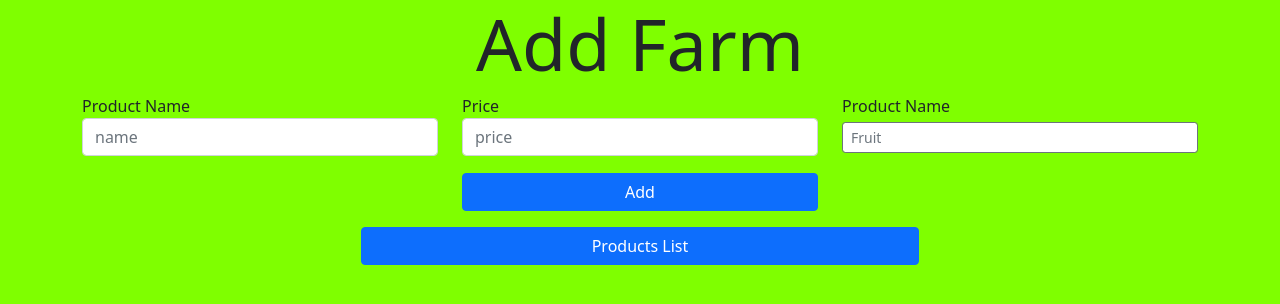
Repository: uditjain100/JavaScript-for-Web
Page: http://localhost/farm/add
These files come from the project's save history. The page is drawn as it stood at one moment and after the next save; the edit follows.
The browser window is 1280 px wide. The pictures show the whole page.
The page is served by the project's Node server (23.DBrelationship_and_Express/index.js). Other server files are loaded and not shown.

Above is the page before, as saved 2021-02-07 21:16:14.

### 23.DBrelationship_and_Express/views/farms/add.ejs
<!DOCTYPE html>
<html lang="en">
  <head>
    <meta charset="UTF-8" />
    <meta name="viewport" content="width=device-width, initial-scale=1.0" />
    <title>Add Farm</title>
    <link
      href="https://cdn.jsdelivr.net/npm/bootstrap@5.0.0-beta1/dist/css/bootstrap.min.css"
      rel="stylesheet"
      integrity="sha384-giJF6kkoqNQ00vy+HMDP7azOuL0xtbfIcaT9wjKHr8RbDVddVHyTfAAsrekwKmP1"
      crossorigin="anonymous"
    />
  </head>
  <body style="background-color: chartreuse">
    <div class="container">
      <h2 class="display-2 d-grid col-5 mx-auto" style="text-align: center">
        Add Farm
      </h2>
      <form action="/products" method="POST">
        <div class="row">
          <div class="form-group col-4">
            <label for="name">Product Name</label>
            <input
              type="text"
              id="name"
              class="form-control"
              placeholder="name"
              name="name"
            />
          </div>
          <div class="form-group col-4">
            <label for="price">Price</label>
            <input
              type="number"
              id="price"
              placeholder="price"
              class="form-control"
              name="price"
            />
          </div>
          <div class="form-group col-4">
            <label for="name">Product Name</label>
            <select
              class="form-control btn-sm btn-outline-secondary mt-1 mb-1"
              name="category"
              id="category"
            >
              <option value="fruit">Fruit</option>
              <option value="vegetable">Vegetable</option>
              <option value="dairy">Dairy</option>
              <option value="other">Other</option>
            </select>
          </div>
          <div class="d-grid col-4 mx-auto mt-3">
            <button type="submit" class="btn btn-primary">Add</button>
          </div>
        </div>
      </form>
      <div class="d-grid col-6 mx-auto mt-3">
        <a href="/products" class="btn btn-primary">Products List</a>
      </div>
    </div>
  </body>
</html>

### 23.DBrelationship_and_Express/index.js
const express = require("express");
const app = express();
const path = require("path");
const methodoverride = require("method-override");
const mongoose = require("mongoose");

const Product = require("./models/product");
const Farm = require("./models/farm");

app.set("views", path.join(__dirname, "views"));
app.set("view-engine", "ejs");

app.use(express.urlencoded({ extended: true }));
app.use(methodoverride("_method"));

const categories = ["fruit", "vegetable", "dairy", "other"];

mongoose
  .connect("mongodb://localhost:27017/relationApp", {
    useNewUrlParser: true,
    useUnifiedTopology: true,
  })
  .then(() => {
    console.log("Mongo Connected Successfully");
  })
  .catch((error) => {
    console.log("Mongo Error !! ");
    console.log(error);
  });

app.get("/farms", async (req, res) => {
  const farms = await Farm.find({});
  res.render("./farms/farms.ejs", { farms });
});

app.get("/farm/add", async (req, res) => {
  res.render("./farms/add.ejs");
});

app.get("/products/:id", async (req, res) => {
  const { id } = req.params;
  const pdt = await Product.findById(id);
  res.render("./products/details.ejs", { pdt });
});

app.get("/product/add", (req, res) => {
  res.render("./products/add.ejs");
});

app.post("/products", async (req, res) => {
  const { name, price, category } = req.body;
  const p = new Product({
    name: name,
    price: price,
    category: ("" + category).toLowerCase(),
  });
  await p.save();
  res.redirect("/products");
});

app.get("/products/:id/update", async (req, res) => {
  const { id } = req.params;
  const pdt = await Product.findById(id);
  res.render("./products/update.ejs", { pdt, categories });
});

app.patch("/products/:id", async (req, res) => {
  const { id } = req.params;
  const { name, price, category } = req.body;
  await Product.findByIdAndUpdate(id, {
    name: name,
    price: price,
    category: ("" + category).toLowerCase(),
  });
  const pdt = await Product.findById(id);
  res.render("./products/details.ejs", { pdt });
});

app.delete("/products/:id", async (req, res) => {
  const { id } = req.params;
  await Product.findByIdAndDelete(id);
  const pdts = await Product.find({});
  res.render("./products/products.ejs", { pdts });
});

app.get("/products", async (req, res) => {
  const { category } = req.query;
  if (category) {
    const pdts = await Product.find({ category });
    res.render("./products/categoryList.ejs", { pdts, category });
  } else {
    const pdts = await Product.find({});
    res.render("./products/products.ejs", { pdts });
  }
});

app.listen(3000, () => {
  console.log("Port 3000 Started Successfully");
});

After the next save:
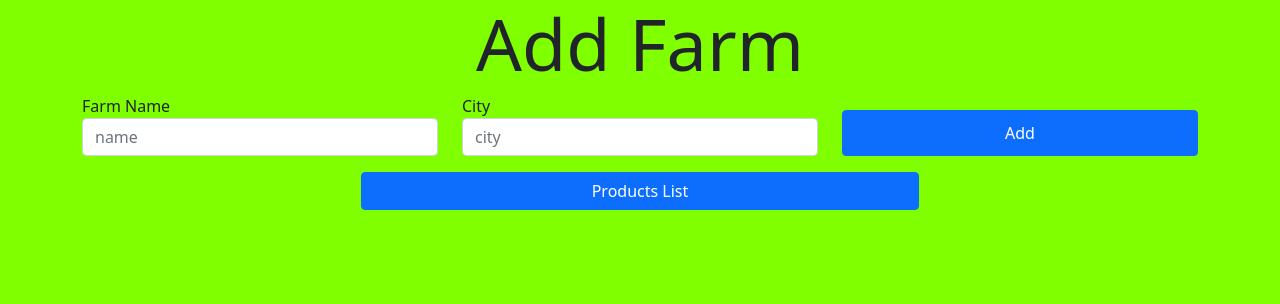
Saved 81 s later.
--- a/23.DBrelationship_and_Express/views/farms/add.ejs
+++ b/23.DBrelationship_and_Express/views/farms/add.ejs
@@ -19,7 +19,7 @@
       <form action="/products" method="POST">
         <div class="row">
           <div class="form-group col-4">
-            <label for="name">Product Name</label>
+            <label for="name">Farm Name</label>
             <input
               type="text"
               id="name"
@@ -29,27 +29,14 @@
             />
           </div>
           <div class="form-group col-4">
-            <label for="price">Price</label>
+            <label for="city">City</label>
             <input
-              type="number"
-              id="price"
-              placeholder="price"
+              type="text"
+              id="city"
+              placeholder="city"
               class="form-control"
-              name="price"
+              name="city"
             />
-          </div>
-          <div class="form-group col-4">
-            <label for="name">Product Name</label>
-            <select
-              class="form-control btn-sm btn-outline-secondary mt-1 mb-1"
-              name="category"
-              id="category"
-            >
-              <option value="fruit">Fruit</option>
-              <option value="vegetable">Vegetable</option>
-              <option value="dairy">Dairy</option>
-              <option value="other">Other</option>
-            </select>
           </div>
           <div class="d-grid col-4 mx-auto mt-3">
             <button type="submit" class="btn btn-primary">Add</button>
